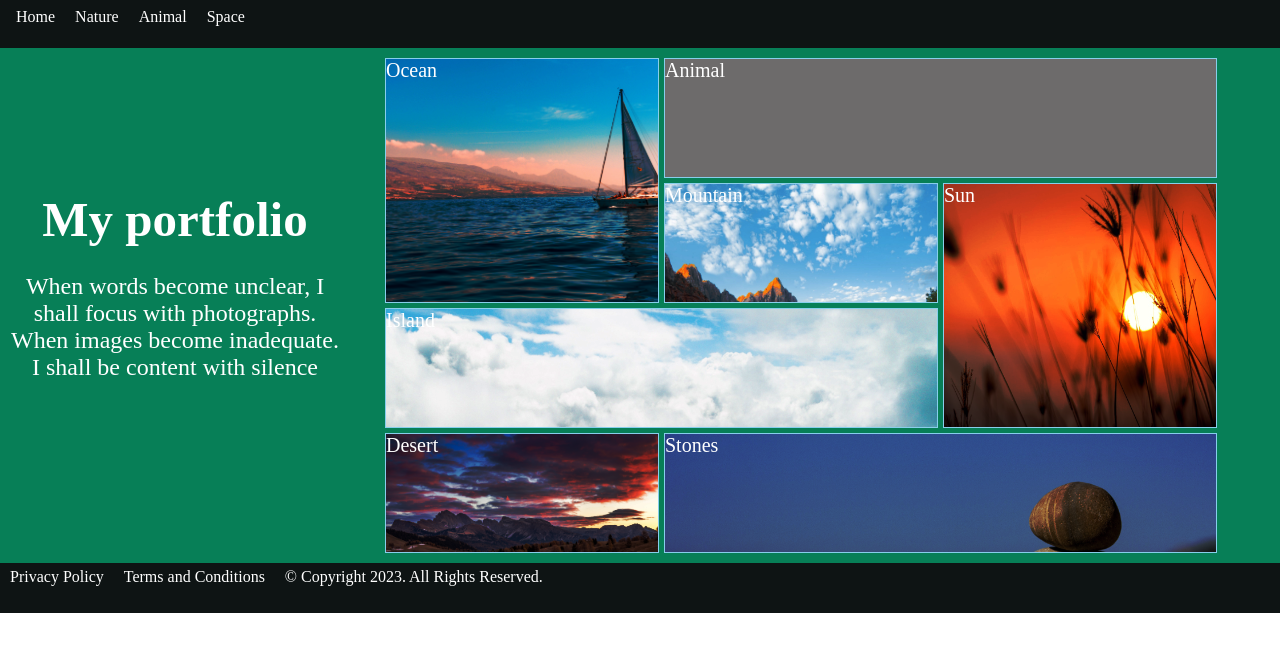
Repository: suraj-yadav7/03_Gallery_Portfolio
Page: index.html
The author's editor kept a copy of each file at every save. The page is drawn from the files as they stood at one save, then again after the next save.
The browser window is 1280 px wide. The pictures show the whole page.
Pictures or frames that could not be fetched are drawn as grey boxes. Some web fonts or font styles are not loaded; a fallback is used.

Above is the page before, as saved 2023-02-14 21:47:10.

### index.html
<!DOCTYPE html>
<html lang="en">
<head>
    <meta charset="UTF-8">
    <meta http-equiv="X-UA-Compatible" content="IE=edge">
    <meta name="viewport" content="width=device-width, initial-scale=1.0">
    <title>Gallery</title>
    <link rel="stylesheet" href="style.css">
</head>
<body>
    <nav class="nav-section">
        <div class="nav-container">
        <ul class="nav-item flex">
            <li>    <a href="#">Home</a>   </li>
            <li>    <a href="#">Nature</a> </li>
            <li>    <a href="#">Animal</a> </li>
            <li>    <a href="#">Space</a> </li>
        </ul>
        </div>
    </nav>

        <div class="container flex">
            <div class="header-text">
                <h1 class="heading">My portfolio</h1>
                <p class="para">When words become unclear, I shall focus with photographs. When images become inadequate. I shall be content with silence</p>
            </div>
            <div class="gallery-layout">
                <div class="box" id="box1">Ocean</div>
                <div class="box" id="box2">Animal</div>
                <div class="box" id="box3">Mountain</div>
                <div class="box" id="box4">Sun</div>
                <div class="box" id="box5">Island</div>
                <div class="box" id="box6">Desert</div>
                <div class="box" id="box7">Stones</div>
            </div>
        </div>
        <footer>
            <div class="footer flex">
                <a>Privacy Policy</a>
                <a>Terms and Conditions</a>
                <a>© Copyright 2023. All Rights Reserved.</a>
            </div>
        </footer>
</body>
</html>

### style.css
@import url('https://fonts.googleapis.com/css2?family=Bodoni+Moda:ital,opsz@0,6..96;1,6..96&display=swap');

*{
    margin: 0;
    padding: 0;
    box-sizing: border-box;
}

:root{
    --primary-text-color: #1a0000;
    --secondary-text-color:  #33331a;
    --accent-color:  #cc99ff;
    --accent-dark-color: #4d88ff;
    --padding-inline-section: 20px;
}


/* Utility */


a{
    text-decoration: none;
    color: rgb(255, 255, 255);


}

.flex{
    display: flex;
    align-items: center;

}

/* Nav section */
.nav-container{
    background-color: rgb(14, 20, 20);
    padding: 1rem;
    font-family: 'Bodoni Moda', serif;
    font-size: 1rem;
    height: 3rem;


}
.nav-item{
    gap: 20px;
    list-style: none;
    margin-top: -0.5rem;
}
a:hover{
    color:#fff;
}

/*main -section */
.container{
    background-color: rgb(7, 127, 87);
    padding-block: 10px;
    gap: 35px;
    font-family: "bodoni modo" ;

}
.header-text{
    height: 250px;
   width: 350px;
    color: white;
    text-align: center;
    padding: 10px;

}
.heading{
    font-size: 49px;
}
.para{
    margin-top: 25px;
    font-size: 1.5rem;
}
.gallery-layout{
    display: grid;
    row-gap: 5px;
    column-gap: 5px;
    grid-template-columns: repeat(3, 1fr);
    grid-auto-rows: 120px;
    flex-basis: 65%;

}

.box{
    background-color: rgb(63, 60, 60);
    border: 1px solid skyblue;
    background-size: cover;
    background-position: top;
    background-blend-mode: hard-light;
    transition: all 1s ease-in-out;
    cursor: pointer;
    color: white;
    font-size: 20px;


}
.box:hover{
    background-color:rgb(210, 204, 204) ;
    background-position: center;

    box-shadow: 0 0 4px #fff;

}

#box1{
    grid-row: span 2;
    background-image: url("images/pexels-szelei-robert-1482193.jpg");


}

#box2{
    grid-column: span 2;
    background-image: url("images/pexels-dsd-1829979.jpg");

}
#box3{
    background-image: url("images/pexels-michael-block-3225517.jpg");

}

#box4{
    grid-row: span 2;
    background-image: url("images/pexels-darwis-alwan-1454752.jpg");
}

#box5{
    grid-column: span 2;
    background-image: url("images/pexels-michael-block-3225524.jpg");

}
#box6{
    background-image: url("images/pexels-michal-lizuch-2919720.jpg");

}

#box7{
    grid-column: span 2;
    background-image: url("images/pexels-pixabay-235990.jpg");

}


/* Footer */
footer{
    height: 50px;
    max-width: 100%;
    background-color: rgb(14, 20, 20);
    font-family: 'Bodoni Moda', serif;
    font-size: 1rem;
}
footer a{
margin: 5px 10px;
}
/* media queries for Mobile Responsiveness */

@media screen and (max-width: 1024px){

    .container{
        flex-direction: column;
        padding: 20px;
    }
    .box{
        grid-column: span 3;
        grid-row: span 1;

    }
.gallery-layout{
    margin-top:-20px;
    width: 100%;
    grid-auto-rows: 100px;
    padding-inline: 12px;
    row-gap: 10px;

}
#box2, #box5, #box7{
    grid-column: span 3;
}

}

After the next save:
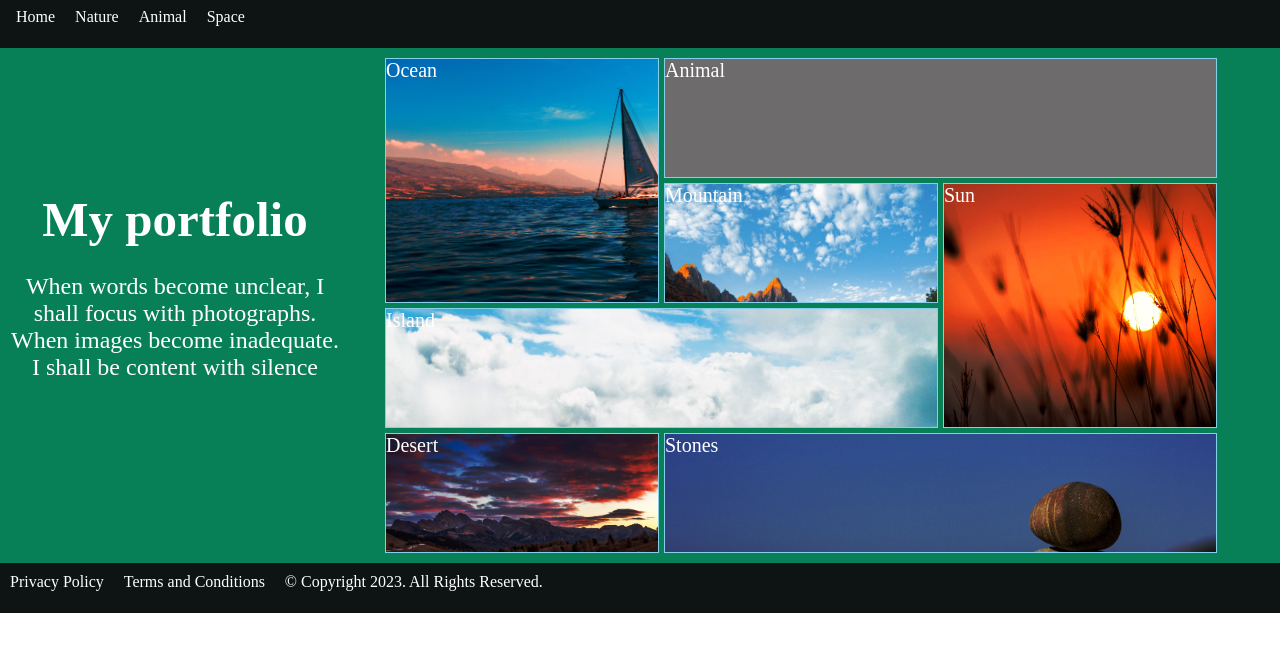
Saved 13 s later.
--- a/style.css
+++ b/style.css
@@ -152,7 +152,7 @@ footer{
     font-size: 1rem;
 }
 footer a{
-margin: 5px 10px;
+margin:  10px;
 }
 /* media queries for Mobile Responsiveness */
 
